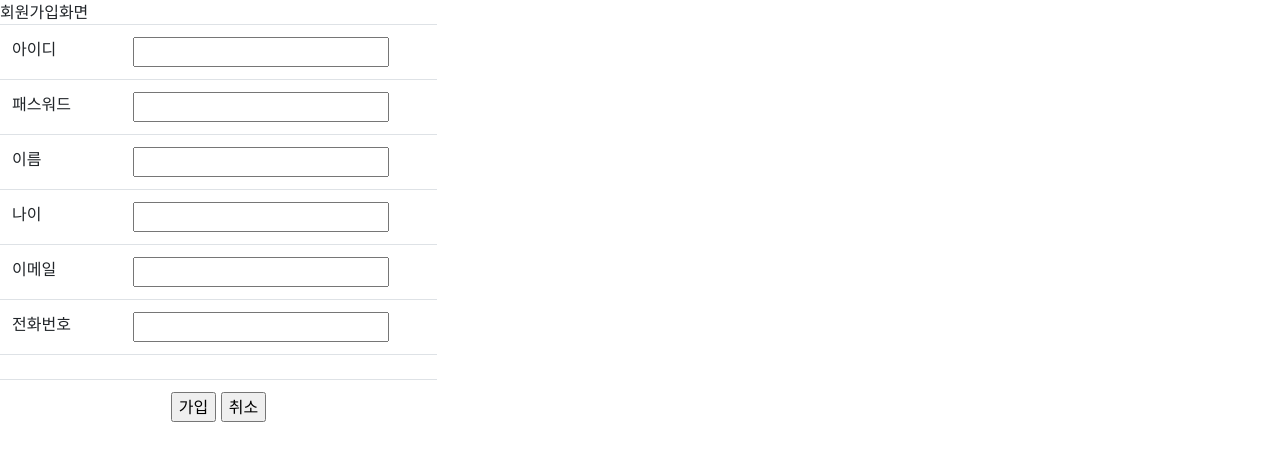
Repository: eastzi/workspace.edu
Page: MVC01/src/main/webapp/member/memberRegister.html
These files come from the project's save history. The page is drawn as it stood at one moment and after the next save; the edit follows.
The browser window is 1280 px wide. The pictures show the whole page.

Above is the page before, as saved 2022-10-13 02:39:28.

### MVC01/src/main/webapp/member/memberRegister.html
<!DOCTYPE html>
<html>
<head>
<meta charset="UTF-8">
<title>Insert title here</title>
<meta name="viewport" content="width=device-width, initial-scale=1">
<link rel="stylesheet" href="https://cdn.jsdelivr.net/npm/bootstrap@4.6.1/dist/css/bootstrap.min.css">
<script src="https://cdn.jsdelivr.net/npm/jquery@3.6.0/dist/jquery.slim.min.js"></script>
<script src="https://cdn.jsdelivr.net/npm/popper.js@1.16.1/dist/umd/popper.min.js"></script>
<script src="https://cdn.jsdelivr.net/npm/bootstrap@4.6.1/dist/js/bootstrap.bundle.min.js"></script>
</head>
<body>
회원가입화면
<form action="memberInsert.do" method="post">
<table class="tg table" style="table-layout: fixed; width: 437px">
<colgroup>
<col style="width: 121px">
<col style="width: 316px">
</colgroup>
  <tr>
    <td class="tg-0lax">아이디</td>
    <!-- input의 name은 form 태그 속 파라메터 -> memberVO와 DB 속 컬럼명과 통일하기  -->
    <td class="tg-0lax"><input type="text" name="id"/></td>
  </tr>
  <tr>
    <td class="tg-0lax">패스워드</td>
    <td class="tg-0lax"><input type="password" name="pass"/></td>
  </tr>
  <tr>
    <td class="tg-0lax">이름</td>
    <td class="tg-0lax"><input type="text" name="name"/></td>
  </tr>
  <tr>
    <td class="tg-0lax">나이</td>
    <td class="tg-0lax"><input type="text" name="age"/></td>
  </tr>
  <tr>
    <td class="tg-0lax">이메일</td>
    <td class="tg-0lax"><input type="text" name="email"/></td>
  </tr>
  <tr>
    <td class="tg-0lax">전화번호</td>
    <td class="tg-0lax"><input type="text" name="phone"/></td>
  </tr>
  <tr>
    <td class="tg-0lax" colspan="2"></td>
  </tr>
  <tr>
    <td colspan="2" align="center">
      <input type="submit" value="가입" />
      <input type="reset" value="취소" />
    </td>
  </tr>
</table>
</form>
</body>
</html>

After the next save:
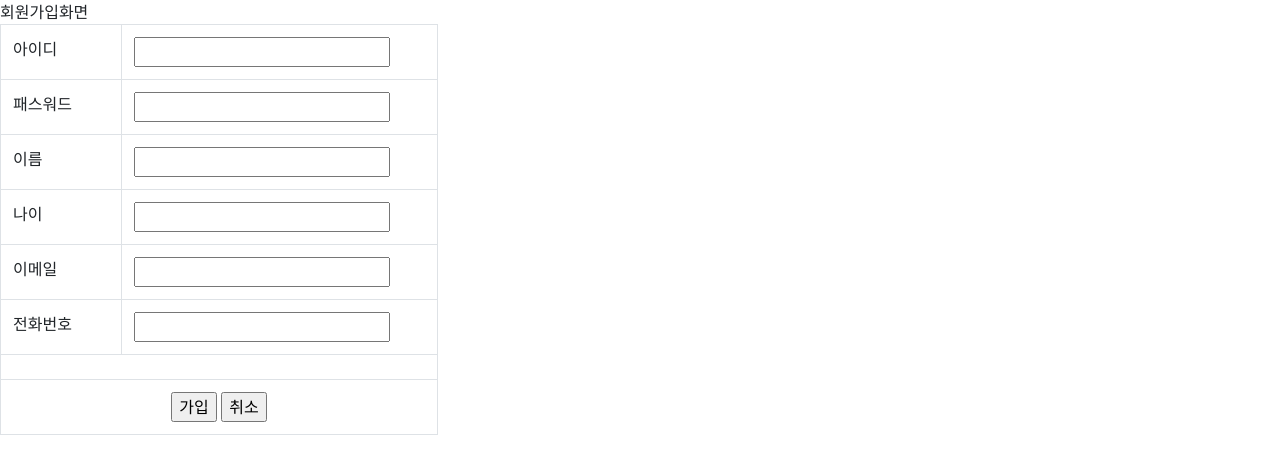
Saved 28 s later.
--- a/MVC01/src/main/webapp/member/memberRegister.html
+++ b/MVC01/src/main/webapp/member/memberRegister.html
@@ -12,7 +12,7 @@
 <body>
 회원가입화면
 <form action="memberInsert.do" method="post">
-<table class="tg table" style="table-layout: fixed; width: 437px">
+<table class="tg table table-bordered" style="table-layout: fixed; width: 437px">
 <colgroup>
 <col style="width: 121px">
 <col style="width: 316px">
